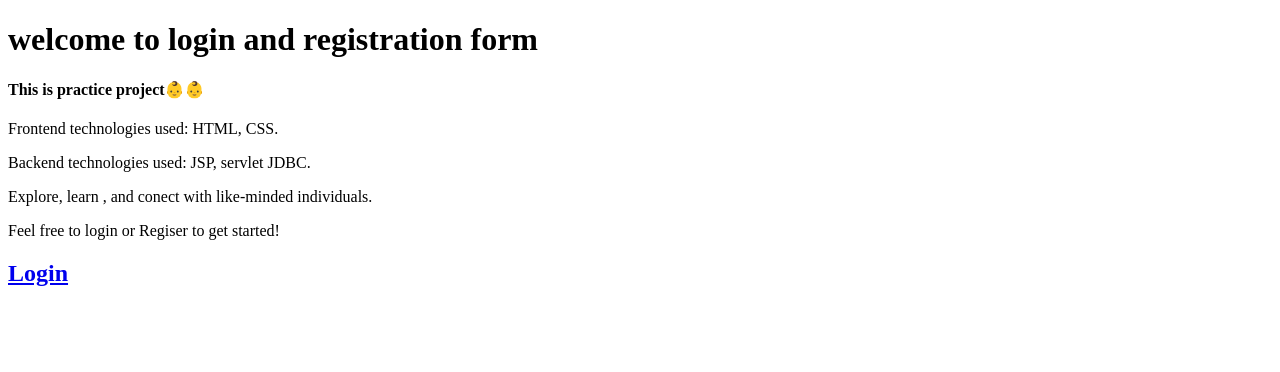
Repository: Rajivkumar2023/java-practice
Page: Login-Registration/src/main/webapp/index.html
The author's editor kept a copy of each file at every save. The page is drawn from the files as they stood at one save, then again after the next save.
The browser window is 1280 px wide. The pictures show the whole page.

Above is the page before, as saved 2024-07-31 06:43:12.

After the next save:
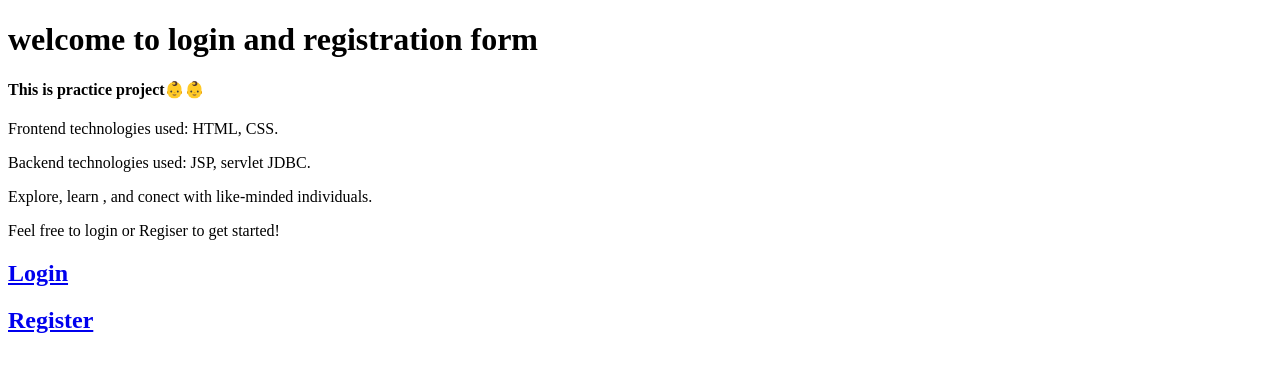
Saved 76 s later.
--- a/Login-Registration/src/main/webapp/index.html
+++ b/Login-Registration/src/main/webapp/index.html
@@ -13,7 +13,8 @@
 <p> Feel free to login or Regiser to get started!</p>
 <div class="links">
 	<a href="login.jsp"><h2>Login</h2></a>
-	<a href="register.jsp><h2>Register</h2></a>
+
+	<a href="register.jsp"><h2>Register</h2></a>
 </div>
 </body>
 </html>
